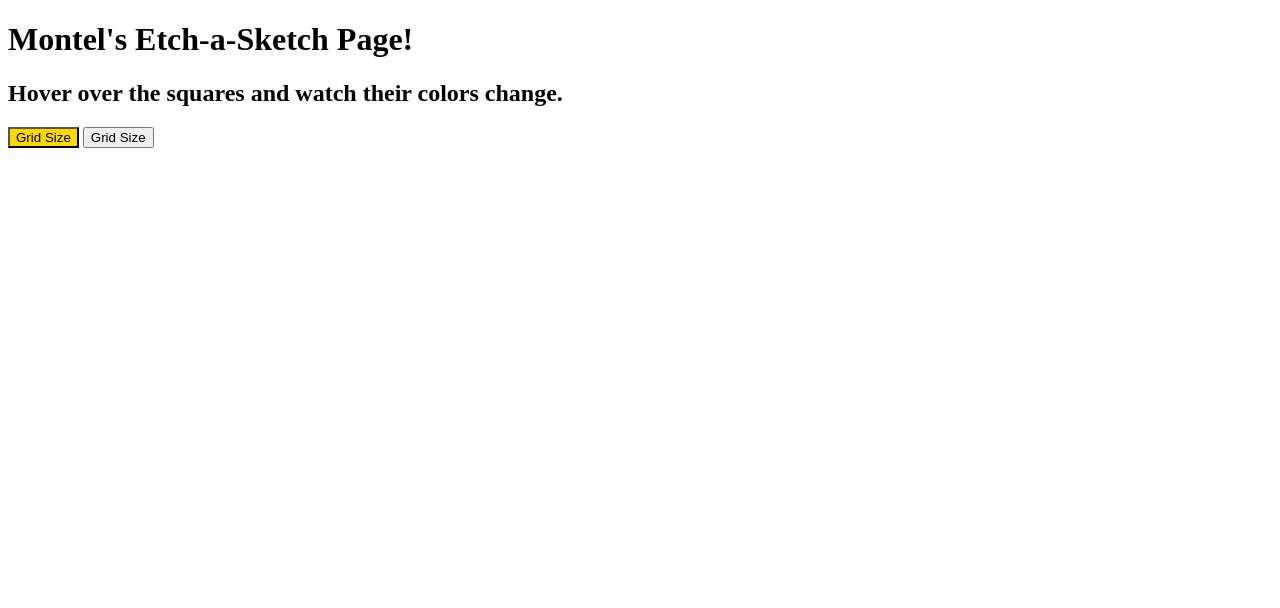
Repository: mnhardy1504/odin-recipes1
Page: repos/Etch-a-Sketch/index.html
The author's editor kept a copy of each file at every save. The page is drawn from the files as they stood at one save, then again after the next save.
The browser window is 1280 px wide. The pictures show the whole page.

Above is the page before, as saved 2023-11-11 20:27:35.
Console error: ReferenceError: drawGrid is not defined

After the next save:
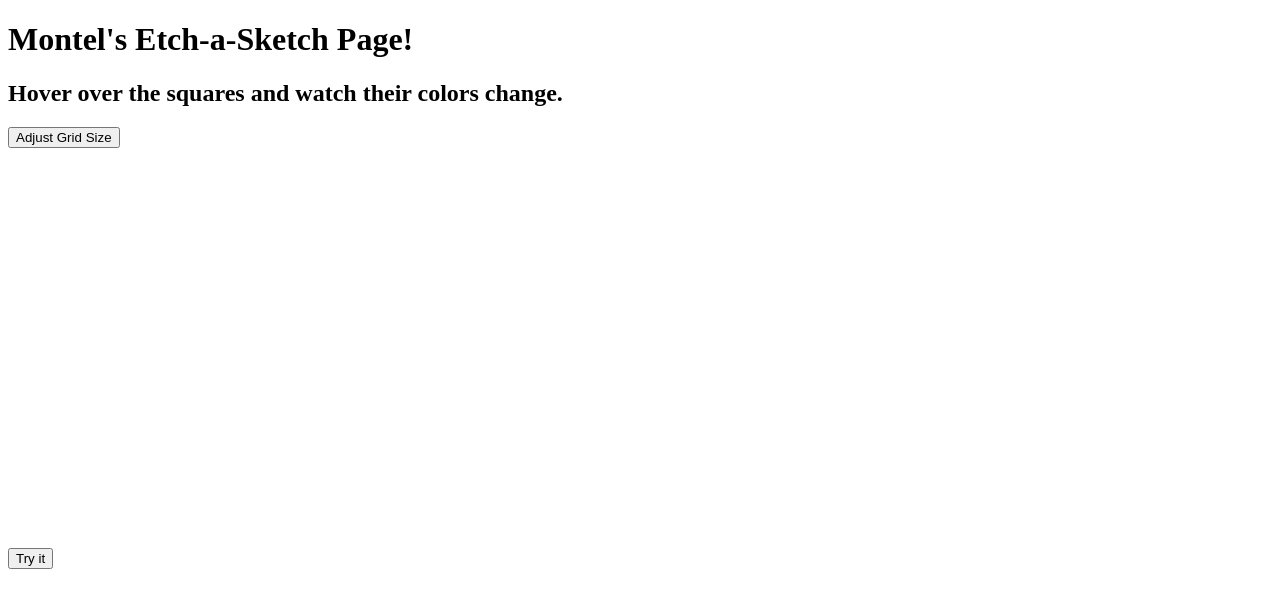
Saved 30 min 25 s later.
--- a/repos/Etch-a-Sketch/index.html
+++ b/repos/Etch-a-Sketch/index.html
@@ -9,8 +9,22 @@
 <body>
   <h1>Montel's Etch-a-Sketch Page!</h1>
   <h2> Hover over the squares and watch their colors change.</h2>
-  <button class="size">Grid Size</button>
-  <button onclick="drawGrid(20)">Grid Size </button>
+  <button onclick="enterGrid()">Adjust Grid Size </button>
   <div class="grid-container"></div>
 </body>
 </html>
+<button onclick="myFunction()">Try it</button>
+
+<p id="demo"></p>
+
+<script>
+function enterGrid() {
+  let size = prompt("What number of squares per side do you want for each side of the grid?", '16' );
+  if (size <= 100) {
+    for (let i = 0; i < 100 * 100; ) {
+       const div = document.createElement('div');
+       div.classList.add('grid-item');
+       div.addEventListener('mouseenter', mouseHoverStart);
+       div.addEventListener('mouseleave', mouseHoverEnd);
+       gridContainer.appendChild(div);
+     }
